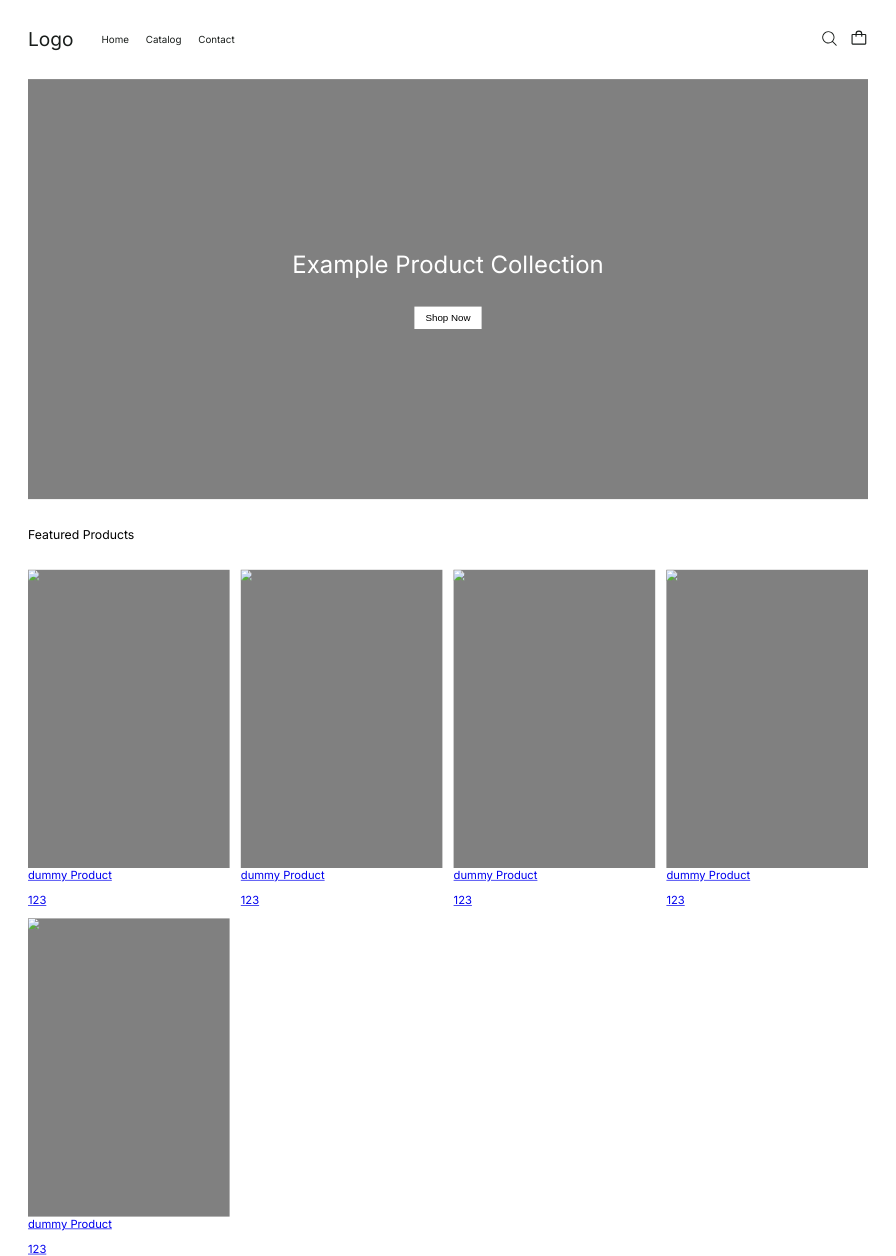
Repository: David-Waite/ecommercefrontendTemplate
Page: /
These files come from the project's save history. The page is drawn as it stood at one moment and after the next save; the edit follows.
The browser window is 1280 px wide. The pictures show the whole page, at 70% of full size.
The project was rebuilt for these pictures with package versions that can differ from the ones it lists, and the page was loaded fresh each time. The framework's server and built-in components were replaced by stand-ins that run in the browser. Also part of the build but not shown: next.config.js.

Above is the page before, as saved 2023-08-24 20:13:46.

### app/layout.js
import Nav from "./Components/Nav/Nav";
import "./globals.css";
import { Inter } from "next/font/google";

const inter = Inter({ subsets: ["latin"] });

export const metadata = {
  title: "Create Next App",
  description: "Generated by create next app",
};

export default function RootLayout({ children }) {
  return (
    <html lang="en">
      <body className={inter.className}>
        <Nav />
        {children}
      </body>
    </html>
  );
}

### app/page.js
import Image from "next/image";
import styles from "./page.module.css";
import Link from "next/link";
import PrimaryButton from "./Components/UI/PrimaryButton/PrimaryButton";
import ProductGrid from "./Components/UI/ProductsGrid/ProductGrid";
import ProductCard from "./Components/UI/ProductCard/ProductCard";

export default function Home() {
  const DUMMYFEATUREDPRODUCTS = [
    {
      id: "1",
      image: "",
      name: "dummy Product",
      price: 123.0,
    },
    {
      id: "2",
      image: "",
      name: "dummy Product",
      price: 123.0,
    },
    {
      id: "3",
      image: "",
      name: "dummy Product",
      price: 123.0,
    },
    {
      id: "4",
      image: "",
      name: "dummy Product",
      price: 123.0,
    },
    {
      id: "5",
      image: "",
      name: "dummy Product",
      price: 123.0,
    },
  ];

  const featuredProducts = DUMMYFEATUREDPRODUCTS.map(
    ({ id, image, name, price }) => {
      return (
        <ProductCard key={id} image={image} name={name} price={price} id={id} />
      );
    }
  );
  return (
    <main className={styles.main}>
      <div className={styles.heroImage}>
        <h1>Example Product Collection</h1>
        <Link href={"#"}>
          <PrimaryButton text={"Shop Now"} />
        </Link>
      </div>

      <h2 className={styles.featuredProductHeading}>Featured Products</h2>
      <ProductGrid>{featuredProducts}</ProductGrid>
    </main>
  );
}

### app/Components/Nav/Nav.js
"use client";
import Link from "next/link";
import { useState } from "react";
import {
  PiMagnifyingGlassLight,
  PiBag,
  PiListLight,
  PiXLight,
} from "react-icons/pi";
import styles from "./Nav.module.css";

export default function Nav() {
  const [navOpen, setNavOpen] = useState(false);

  function toggleMenu() {
    setNavOpen((prev) => !prev);
  }
  return (
    <nav className={styles.nav}>
      <div className={styles.menu} onClick={toggleMenu}>
        {!navOpen && <PiListLight fontSize={24} />}
        {navOpen && <PiXLight fontSize={24} />}
      </div>

      <div className={styles.moblieMenu} style={{ width: !navOpen && "0" }}>
        <Link href="/">Home</Link>
        <Link href="#">Catalog</Link>
        <Link href="#">Contact</Link>
      </div>
      <div className={styles.linksContainer}>
        <Link className={styles.logo} href="/">
          Logo
        </Link>
        <div className={styles.pagesContainer}>
          <Link href="/">Home</Link>
          <Link href="#">Catalog</Link>
          <Link href="#">Contact</Link>
        </div>
      </div>
      <div className={styles.iconsContainer}>
        <Link href="#">
          <PiMagnifyingGlassLight fontSize={26} />
        </Link>
        <Link href="#">
          <PiBag fontSize={26} />
        </Link>
      </div>
    </nav>
  );
}

### app/globals.css
:root {
  --primary: ;
  --black: #191d1b;
  --background: #ffffff;
  --white: #ffffff;
  --grey: #606060;
  --hoverGrey: #c5c5c5;
  --error: #a83c23;
  --max-width: 1500px;
  --fontBase: 17.5px;
  --fontPlus1: 21.88px;
  --fontPlus2: 27.34px;
  --fontPlus3: 34.18px;
  --fontMinus1: 14px;
  --fontMinus2: 11.2px;
  --marginMax: 40px;
  --margin1000: 32px;
  --marginMobile: 16px;
}

* {
  padding: 0;
  margin: 0;
  box-sizing: border-box;
}

### app/page.module.css
.main {
  margin: 0px auto;
  padding: 0px 40px;
  max-width: calc(var(--max-width) + 80px);
}
.heroImage {
  width: 100%;
  height: 600px;
  background-color: grey;
  display: flex;
  gap: 40px;
  flex-direction: column;
  align-items: center;
  justify-content: center;
}

.heroImage h1 {
  font-size: var(--fontPlus3);
  font-weight: 400;
  color: white;
}

.featuredProductHeading {
  margin: 40px 0;
  font-size: var(--fontBase);
  font-weight: 400;
}

@media (max-width: 1000px) {
  .main {
    padding: 0px var(--margin1000);
  }
}
@media (max-width: 768px) {
  .main {
    padding: 0px var(--marginMobile);
  }
}

### app/Components/UI/PrimaryButton/PrimaryButton.js
import Link from "next/link";
import styles from "./PrimaryButton.module.css";

export default function PrimaryButton({ text }) {
  return <button className={styles.container}>{text}</button>;
}

### app/Components/UI/ProductsGrid/ProductGrid.js
import styles from "./ProductGrid.module.css";
export default function ProductGrid({ children }) {
  return <div className={styles.main}>{children}</div>;
}

### app/Components/UI/ProductCard/ProductCard.js
import Image from "next/image";
import Link from "next/link";
import styles from "./ProductCard.module.css";

export default function ProductCard({ image, name, price, id }) {
  return (
    <Link href={`/catalog/product${id}`}>
      <div className={styles.imageContainer}>
        <Image src={image} fill={true} alt={name} />
      </div>
      <div className={styles.infoContainer}>
        <p className={styles.name}>{name}</p>
        <p className={styles.price}>{price}</p>
      </div>
    </Link>
  );
}

### app/Components/Nav/Nav.module.css
.nav {
  display: flex;
  align-items: center;
  justify-content: space-between;
  margin: 0px auto;
  padding: 40px;
  max-width: calc(var(--max-width) + 80px);
  position: relative;
}

.linksContainer {
  display: flex;
  align-items: center;
  justify-content: center;
  gap: 40px;
}

.pagesContainer {
  display: flex;
  gap: 24px;
}

.pagesContainer {
  font-size: var(--fontMinus1);
}

.iconsContainer {
  display: flex;
  gap: 16px;
}
.nav a {
  text-decoration: none;
  color: var(--black);
}

.logo {
  font-size: var(--fontPlus2);
}
.moblieMenu {
  position: absolute;
  flex-direction: column;
  width: 400px;
  left: 0;
  top: 113px;
  height: calc(100vh - 113px);
  transition: 0.3s;
  overflow: hidden;
}
.moblieMenu a {
  padding: 16px 32px;
}

.moblieMenu a:hover {
  background-color: var(--hoverGrey);
}
.menu,
.moblieMenu {
  display: none;
}
@media (max-width: 1000px) {
  .nav {
    padding: 40px var(--margin1000);
  }
  .pagesContainer {
    display: none;
  }
  .menu {
    display: block;
  }
  .moblieMenu {
    display: flex;
  }
  .logo {
    margin-left: 42px;
  }
}
@media (max-width: 768px) {
  .nav {
    padding: 40px var(--marginMobile);
  }
  .moblieMenu {
    width: 90vw;
  }
}

### app/Components/UI/PrimaryButton/PrimaryButton.module.css
.container {
  background-color: white;
  padding: 8px 16px;
  border: none;
  cursor: pointer;
  font-size: var(--fontMinus1);
}

.container:hover {
  background-color: var(--hoverGrey);
}

### app/Components/UI/ProductsGrid/ProductGrid.module.css
.main {
  display: grid;
  grid-template-columns: repeat(5, 1fr);
  gap: 40px;
}

@media (max-width: 1500px) {
  .main {
    grid-template-columns: repeat(4, 1fr);
    gap: 16px;
  }
}

@media (max-width: 1000px) {
  .main {
    grid-template-columns: repeat(2, 1fr);
    gap: 32px;
  }
}

@media (max-width: 778px) {
  .main {
    gap: 8px;
  }
}

### app/Components/UI/ProductCard/ProductCard.module.css
.imageContainer {
  height: calc((((1500px - 160px) / 5) * 1.5));
  position: relative;
  /* (total view width / amount of padding total (container + total gap)) / amount of col - 3 * 2) */
  background-color: grey;
}

.infoContainer {
  display: flex;
  flex-direction: column;
  gap: 16px;
}

@media (max-width: 1500px) {
  .imageContainer {
    height: calc((100vw - 64px - (var(--marginMax) * 2)) / 4 * 1.5);
    /* (total view width / amount of padding total (container + total gap)) / amount of col - 3 * 2) */
  }
}

@media (max-width: 1000px) {
  .imageContainer {
    height: calc((100vw - 32px - (var(--margin1000) * 2)) / 2 * 1.5);
    /* (total view width / amount of padding total (container + total gap)) / amount of col - 3 * 2) */
  }
}

@media (max-width: 778) {
  .imageContainer {
    height: calc((100vw - 8px - (var(--marginMobile) * 2)) / 2 * 1.5);
    /* (total view width / amount of padding total (container + total gap)) / amount of col - 3 * 2) */
  }
}

After the next save:
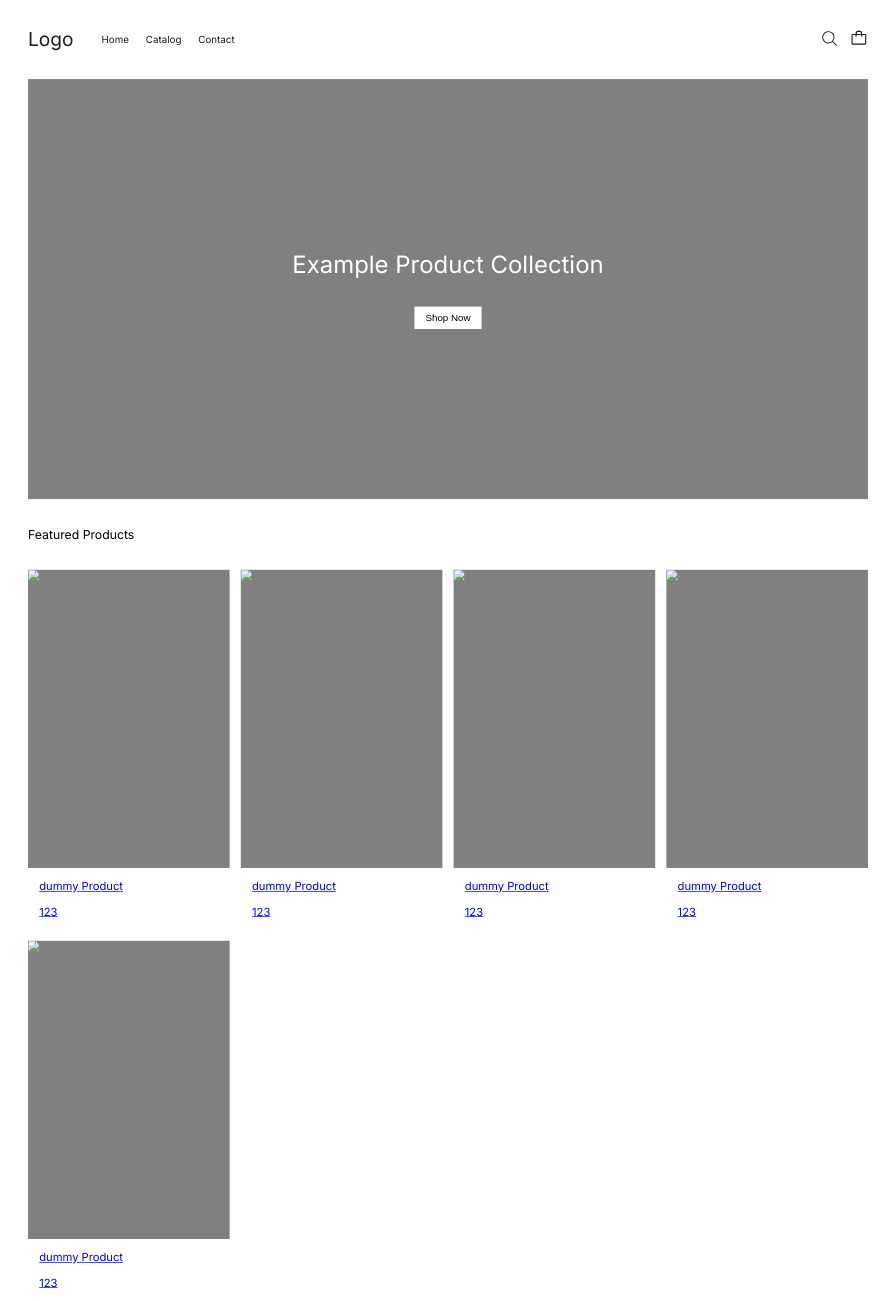
Saved 7 s later.
--- a/app/Components/UI/ProductCard/ProductCard.module.css
+++ b/app/Components/UI/ProductCard/ProductCard.module.css
@@ -9,6 +9,7 @@
   display: flex;
   flex-direction: column;
   gap: 16px;
+  margin: 16px;
 }
 
 @media (max-width: 1500px) {
